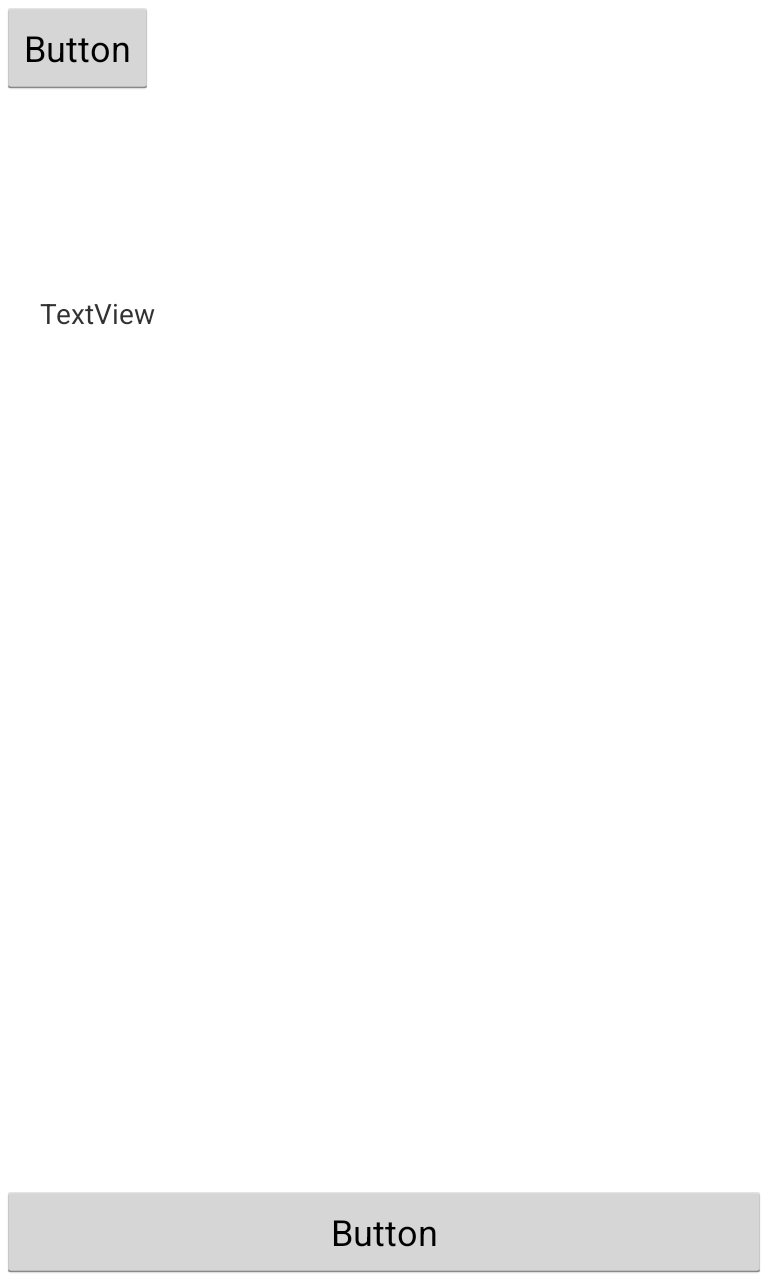
Repository: phedavkar/android_class
Layout: Counter2/res/layout/main.xml
The author's editor kept a copy of each file at every save. The layout is drawn from the files as they stood at one save, then again after the next save.
It is drawn on a 768 x 1280 px phone screen (xhdpi) without system bars, with theme AppTheme; the app's code is not run.

Above is the layout before, as saved 2014-04-08 19:08:43.

### Counter2/res/layout/main.xml
<?xml version="1.0" encoding="utf-8"?>
<RelativeLayout xmlns:android="http://schemas.android.com/apk/res/android"
    android:layout_width="match_parent"
    android:layout_height="match_parent" >

    <Button
        android:id="@+id/clear"
        android:layout_width="fill_parent"
        android:layout_height="wrap_content"
        android:layout_alignParentBottom="true"
        android:layout_centerHorizontal="true"
        android:text="Button" />

    <Button
        android:id="@+id/button2"
        android:layout_width="wrap_content"
        android:layout_height="wrap_content"
        android:layout_above="@+id/button1"
        android:layout_alignRight="@+id/button1"
        android:text="Button" />

    <TextView
        android:id="@+id/textView1"
        android:layout_width="wrap_content"
        android:layout_height="wrap_content"
        android:layout_alignParentTop="true"
        android:layout_alignRight="@+id/button2"
        android:layout_marginTop="147dp"
        android:text="TextView" />

</RelativeLayout>

### Counter2/res/values/strings.xml
<resources>

    <string name="app_name">Counter2</string>
    <string name="clearName">Clear</string>

</resources>

Loaded but not shown: Counter2/res/values/styles.xml (common file); Counter2/res/values-v11/styles.xml (common file); Counter2/res/values-v14/styles.xml (common file)

After the next save:
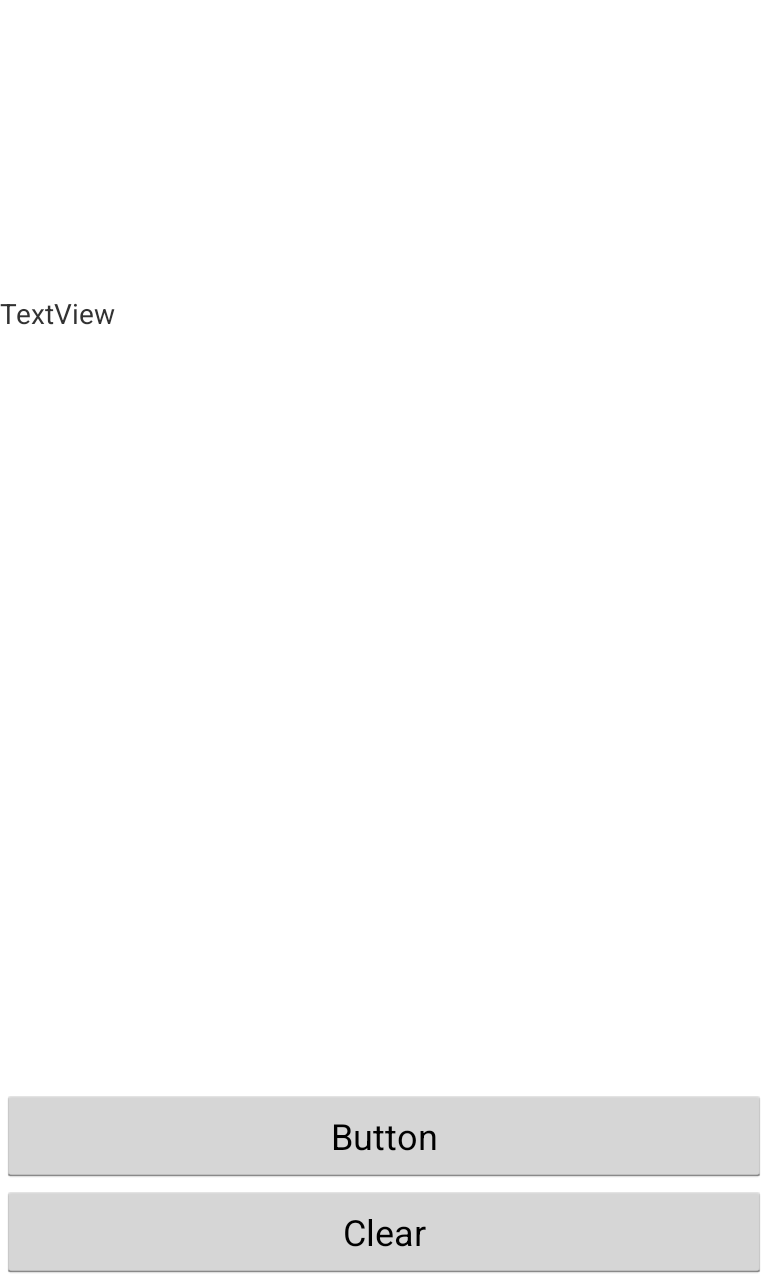
Saved 34 s later.
--- a/Counter2/res/layout/main.xml
+++ b/Counter2/res/layout/main.xml
@@ -9,14 +9,13 @@
         android:layout_height="wrap_content"
         android:layout_alignParentBottom="true"
         android:layout_centerHorizontal="true"
-        android:text="Button" />
+        android:text="@string/clearName" />
 
     <Button
-        android:id="@+id/button2"
-        android:layout_width="wrap_content"
+        android:id="@+id/increment"
+        android:layout_width="fill_parent"
         android:layout_height="wrap_content"
-        android:layout_above="@+id/button1"
-        android:layout_alignRight="@+id/button1"
+        android:layout_above="@+id/clear"
         android:text="Button" />
 
     <TextView
